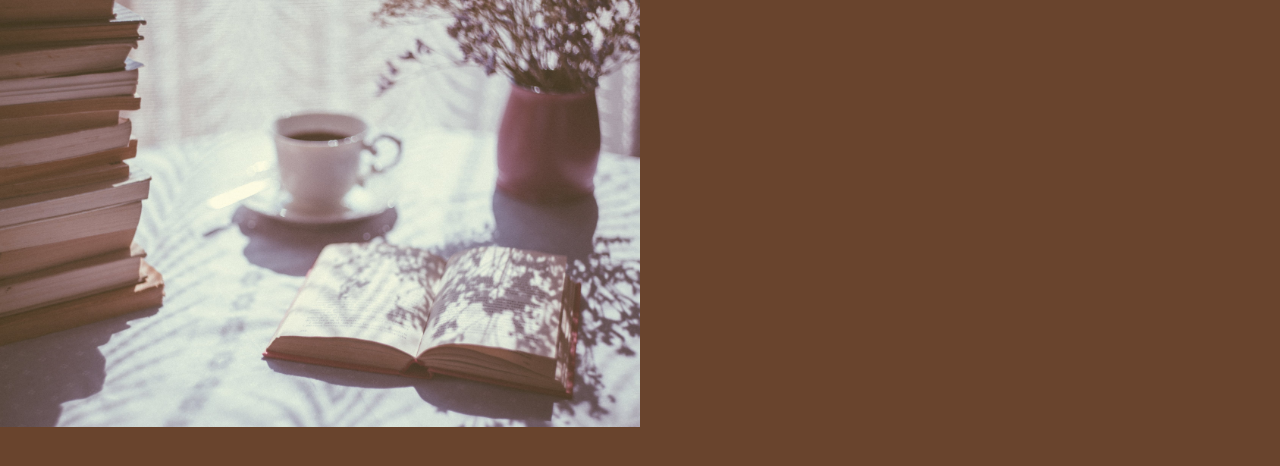
Repository: pazvarela/SCL019-social-network
Page: src/index.html
An editor plug-in stored every save of this project. The page is shown before and after the next save, followed by the edit.
The browser window is 1280 px wide. The pictures show the whole page.

Above is the page before, as saved 2022-03-08 17:22:20.
Console error (its wording comes from the project's code and is left out).

### src/index.html
<!DOCTYPE html>
<html lang="en">

<head>
    <meta charset="UTF-8">
    <meta name="viewport" content="width=device-width, initial-scale=1.0">
    <meta http-equiv="X-UA-Compatible" content="ie=edge">
    <link rel="stylesheet" href="style.css">
    <title>BarterBook</title>
</head>

<body>

    <div id="root"></div>

    <script type="module" src="main.js"></script>

</body>

</html>

### src/style.css
* {
    padding: 0;
    margin: 0;
    box-sizing: 0;
}

body {
    background-image: url('./img/backgroundbb.jpeg');
    background-repeat: no-repeat;
    background-size: 50%;
    background-color: #69442D;
}

:root {
    --black-color: #000000;
    --brown-dark-color: #69442D;
    --chocolate-color: #995B36;
    --brown-light-color: #DEC6AF;
    --white-brown-color: #F5F5F5;
    --background-transp-color-init: rgba(222, 198, 175, 0.8) rgba(105, 68, 45, 1);
    --background-transp-mobil-color: rgba(231, 217, 209, 0.8) rgba(105, 68, 45, 1);
}

@font-face {
    font-family: 'Baloo 2', cursive;
    font-family: 'Bonheur Royale', cursive;
    src: url('https://fonts.googleapis.com/css2?family=Baloo+2&family=Bonheur+Royale&display=swap');
}

.error-img {
    background-color: var(--background-color-init);
}

### src/main.js
import { myFunction } from './lib/index.js';
// Este es el punto de entrada de tu aplicacion
import { changeRouter } from './routers/router.js';

// Con esta función le agregamos la nueva url: '#/' al comenzar la página.
const init = () => {
    changeRouter(window.location.hash);
};
// Al terminar de cargar la página(Event Load) se ejecuta la función INIT.
window.addEventListener('load', init);
init();

### src/routers/router.js
import { login } from './views/login.js';
/*import { register } from './views/registerView.js';*/


const templateviews = (hash) => {
    const containerRoot = document.getElementById('root');
    containerRoot.innerHTML = ''; // Reiniciando el Div a vacio;
    switch (hash) {
        case '#/':
        case '#/login':
            containerRoot.appendChild(login());
            break;
        case '#/register':
            containerRoot.appendChild(register());
            break;
        case '#/post':
            containerRoot.appendChild(post());
            break;
        default:
            containerRoot.innerHTML = 'ERROR 404';
            break;
    }
};

export const changeRouter = (hash) => {
    if (hash === '#/') {
        return templateviews(hash);
    }
    if (hash === '#/login') {
        return templateviews(hash);
    }
    if (hash === '#/register') {
        return templateviews(hash);
    }
    if (hash === '#/post') {
        return templateviews(hash);
    }
    return templateviews(hash);
};

// Cambia página frente a cambio de #

window.addEventListener('hashchange', () => {
    changeRouter(window.location.hash);
}, false);

### src/lib/views/login.js
export const home = () => {
    const viewHome = document.createElement("div");
    const formularioHome = `<form id = "formularioAcceso" class = "formularioAcceso">
    <div class= "email> Email </div>
    <input type = "email" id= "emailAcceso" class= "emailAcceso" placeholder="Email"/>
    <div class= "password"> Password </div>
    <input type="password" id="passwordAcceso" class="passwordAcceso" placeholder= "Enter password"/>
    button type="button" name="registrar" id="enviarRegistro" class="enviarRegistro" /button>
    </form>`
    viewHome.innerHtml = formularioHome;
    console.log(viewHome)


    // return viewHome
}

Loaded but not shown: src/lib/index.js (no stored copy; drawn as an empty file)

After the next save:
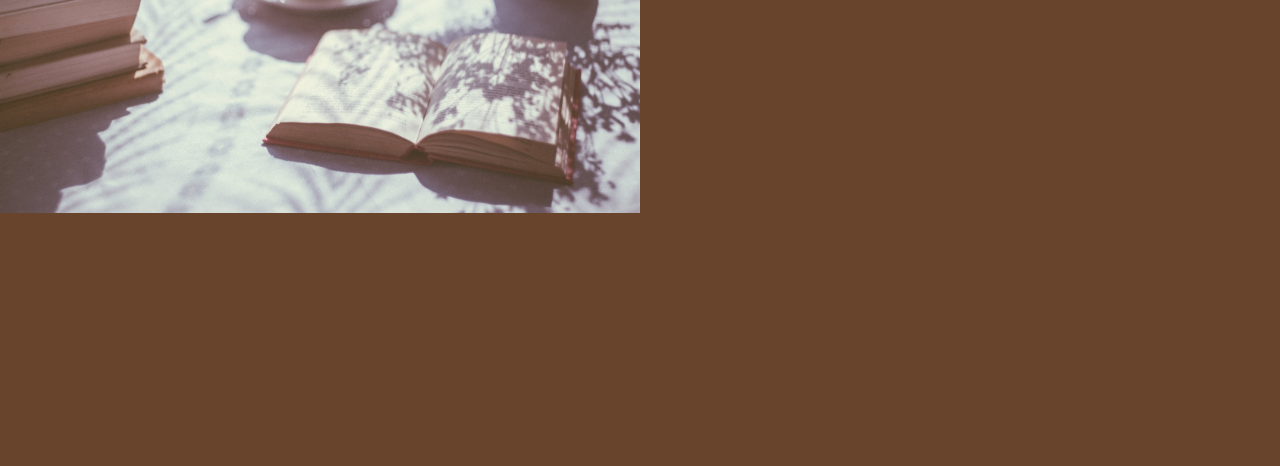
Saved 103 s later.
--- a/src/style.css
+++ b/src/style.css
@@ -9,6 +9,7 @@ body {
     background-repeat: no-repeat;
     background-size: 50%;
     background-color: #69442D;
+    background-position: center left;
 }
 
 :root {
